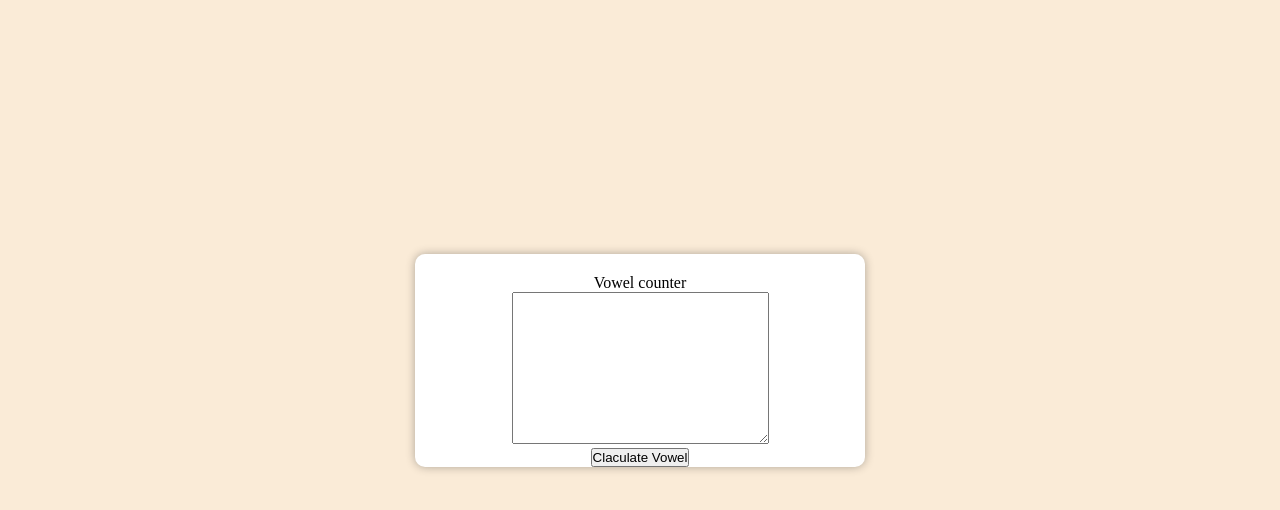
Repository: JunaidAnsari202/Vowel-counter
Page: index.html
These files come from the project's save history. The page is drawn as it stood at one moment and after a run of saves; the edit follows.
The browser window is 1280 px wide. The pictures show the whole page.

Above is the page before, as saved 2024-10-17 11:45:46.

### index.html
<!DOCTYPE html>
<html lang="en">
<head>
    <meta charset="UTF-8">
    <meta name="viewport" content="width=device-width, initial-scale=1.0">
    <title>Vowel counter</title>
    <link rel="stylesheet" href="style.css">
</head>
<body>
    <div class="container">
        <div class="header">Vowel counter</div>
        <div class="textarea">
            <textarea name="vowelinput" id="textarea" rows="10" cols="30"></textarea>
        </div>
        <div class="count">
            <button id="count">Claculate Vowel</button>
        </div>
        <div class="output"></div>
    </div>
    <script src="script.js"></script>
</body>
</html>

### style.css
*{
    margin: 0;
    padding: 0;
    box-sizing: border-box;
}

body{
    background-color: antiquewhite;
    display: flex;
    justify-content: center;
    align-items: center;
    height: 100vh;

}

.container{
    width: 450px;
    text-align: center;
    background-color: white;
    border-radius: 10px;
    box-shadow: 0 0 10px rgba(0,0,0,0.3);
}

.header{
    margin-top: 10px;
    padding-top: 10px;
}

.#textarea{
    width:100%;
    height: 100px;
    border: 1px solid black;
    border-radius: 5px;
    padding: 10px;
    font-size: 16px;
}

Loaded but not shown: script.js (no copy from this time; the picture is the same without it)

After the next 3 saves:
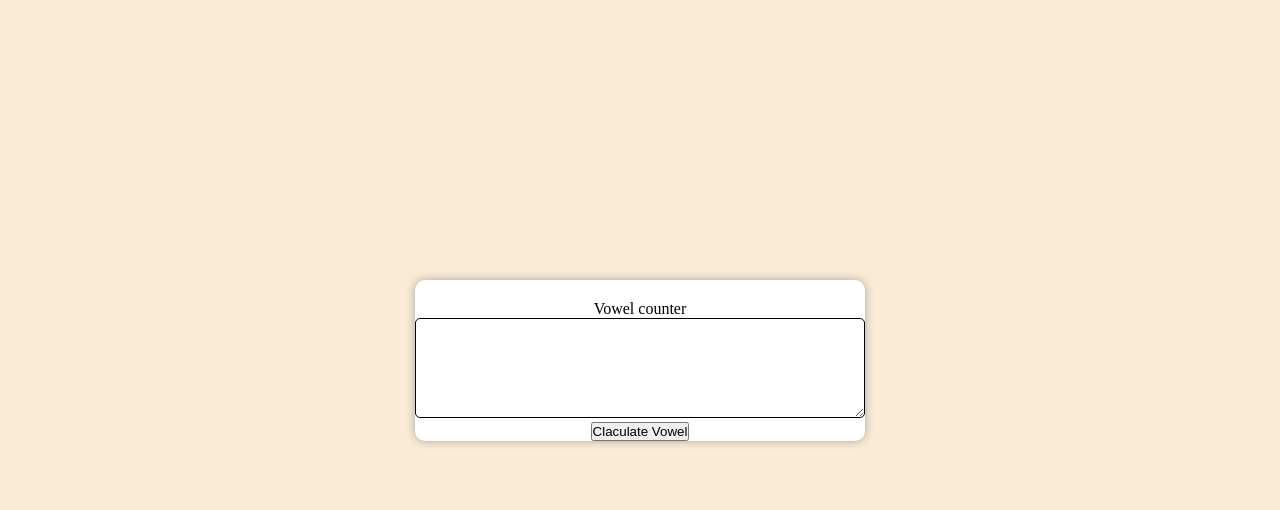
The 3 saves are shown as one change because they came seconds apart.
The last was saved 9 s later.
--- a/style.css
+++ b/style.css
@@ -26,7 +26,7 @@
     padding-top: 10px;
 }
 
-.#textarea{
+#textarea{
     width:100%;
     height: 100px;
     border: 1px solid black;
